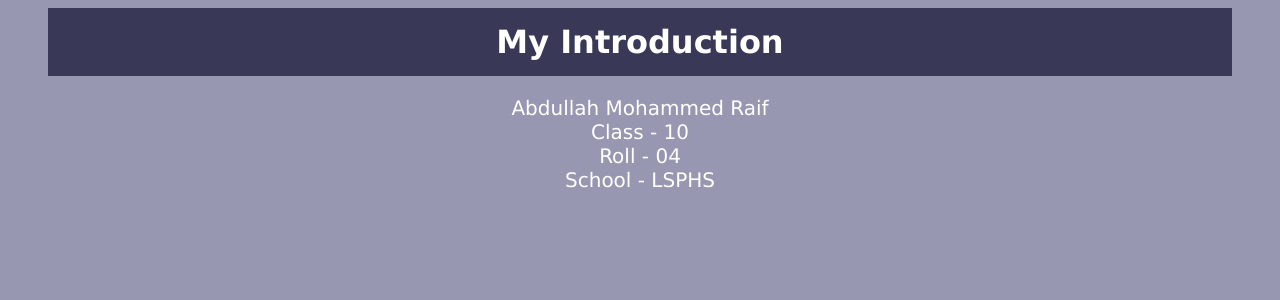
Repository: Raif-007/Portfolio
Page: index.html
The author's editor kept a copy of each file at every save. The page is drawn from the files as they stood at one save, then again after the next save.
The browser window is 1280 px wide. The pictures show the whole page.

Above is the page before, as saved 2021-07-05 17:09:47.

### index.html
<!DOCTYPE html>
<html lang="en">

<head>
    <meta charset="UTF-8">
    <meta http-equiv="X-UA-Compatible" content="IE=edge">
    <meta name="viewport" content="width=device-width, initial-scale=1.0">
    <title>Portfolio</title>
    <link rel="stylesheet" href="styles.css">
</head>

<body>

    <h1>
        My Introduction
    </h1>
    <p>

        Abdullah Mohammed Raif
        <br> Class - 10
        <br> Roll - 04
        <br> School - LSPHS



    </p>
</body>

</html>

### styles.css
body {
    background-color: rgba(54, 54, 105, 0.514);
    color: #ffffff;
    font-family: Verdana, Geneva, Tahoma, sans-serif;
    text-align: center;
}

h1 {
    background-color: rgba(25, 25, 56, 0.74);
    padding: 15px;
    margin: 0px 40px;
}

p {
    font-size: 20px;
}

After the next save:
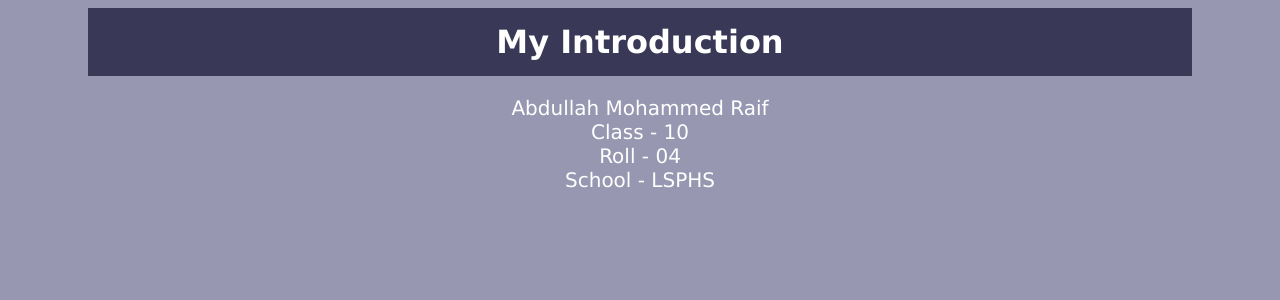
Saved 15 s later.
--- a/styles.css
+++ b/styles.css
@@ -8,7 +8,7 @@
 h1 {
     background-color: rgba(25, 25, 56, 0.74);
     padding: 15px;
-    margin: 0px 40px;
+    margin: 0px 80px;
 }
 
 p {
